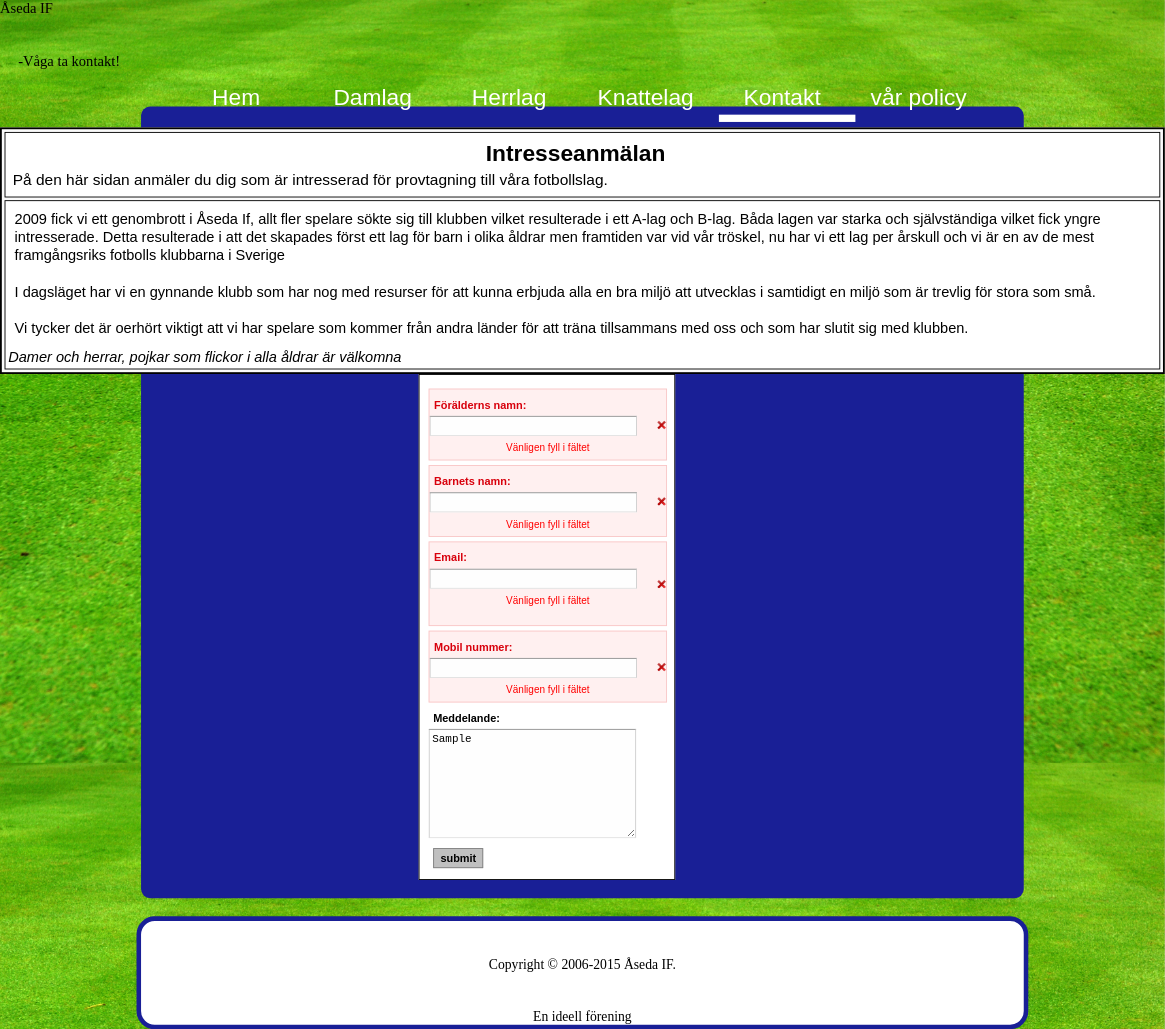
Repository: alexanderdanielsson28/ProjektAsedaIF
Page: html/Kontakt.html
The author's editor kept a record of every edit. The page is drawn from the files as they stood at one moment, then again after the next edit.
The browser window is 1280 px wide. The pictures show the whole page, at 91% of full size.
Empty fields were first filled with sample values (such as "Sample", 5 or name@example.com).
After loading, the first visible `input.btn-submit` was clicked once.
Backgrounds fixed to the window are drawn as part of the page. Some web libraries are served in a nearby version.

Above is the page before.

After the next edit:
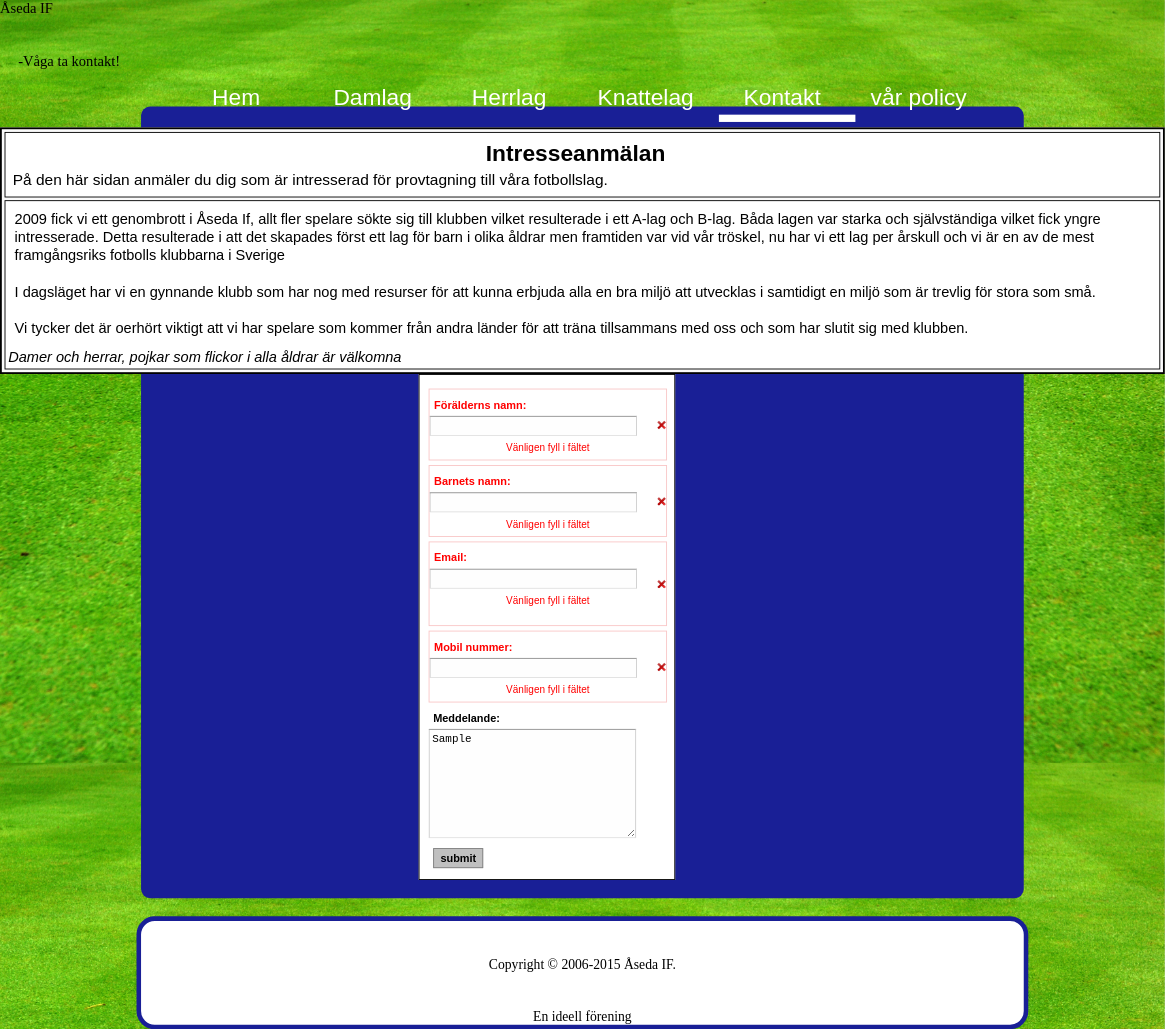
The edit:
--- a/forms/form.css
+++ b/forms/form.css
@@ -234,8 +234,10 @@
 
 }
 .styled fieldset li.error {
-    color: #D8000C;
-    background: #fff0f0 url(../pictures/invalid.png) no-repeat;
+    border: 1px solid;
+    border-color:#D8000C;
+
+    background: url(../pictures/invalid.png) no-repeat;
     background-size:10px 10px;
     background-position:100% 50%;
     border: 1px solid #f9c7c7;
